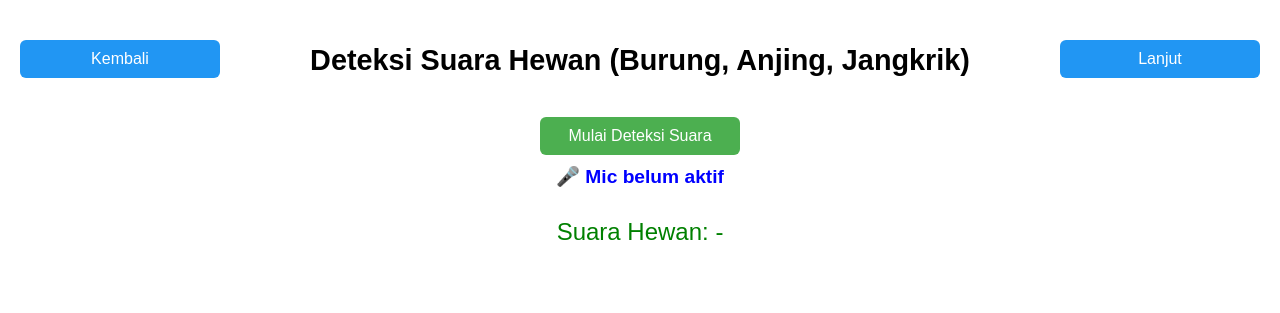
Repository: RalfyBawinto/working-teachable-machine
Page: audio-hewan.html
The author's editor kept a copy of each file at every save. The page is drawn from the files as they stood at one save, then again after the next save.
The browser window is 1280 px wide. The pictures show the whole page.

Above is the page before, as saved 2025-04-22 20:33:00.

### audio-hewan.html
<!DOCTYPE html>
<html lang="id">
  <head>
    <meta charset="UTF-8" />
    <meta name="viewport" content="width=device-width, initial-scale=1.0" />
    <title>Deteksi Suara Hewan</title>
    <link rel="stylesheet" href="styles.css" />
  </head>

  <body>
    <!-- Navigasi Tombol -->
    <div class="nav-buttons">
      <button
        id="back-button"
        class="nav-button"
        onclick="window.location.href='index.html'"
      >
        Kembali
      </button>
      <button
        id="next-button"
        class="nav-button"
        onclick="window.location.href='audio-hewan.html'"
      >
        Lanjut
      </button>
    </div>

    <h2>Deteksi Suara Hewan (Burung, Anjing, Jangkrik)</h2>
    <button onclick="aktifkanDeteksi()">Mulai Deteksi Suara</button>
    <div id="mic-status">🎤 Mic belum aktif</div>
    <div id="output">Suara Hewan: -</div>

    <!-- TensorFlow.js -->
    <script src="https://cdn.jsdelivr.net/npm/@tensorflow/tfjs@3.21.0/dist/tf.min.js"></script>
    <script src="https://cdn.jsdelivr.net/npm/@tensorflow-models/speech-commands@0.4.0/dist/speech-commands.min.js"></script>

    <script type="text/javascript">
      const URL = "https://teachablemachine.withgoogle.com/models/S6mA-uAt0/";
      let recognizer;

      async function createModel() {
        const checkpointURL = URL + "model.json";
        const metadataURL = URL + "metadata.json";

        recognizer = speechCommands.create(
          "BROWSER_FFT",
          undefined,
          checkpointURL,
          metadataURL
        );
        await recognizer.ensureModelLoaded();
      }

      async function aktifkanDeteksi() {
        try {
          const stream = await navigator.mediaDevices.getUserMedia({
            audio: true,
          });
          document.getElementById("mic-status").textContent =
            "🎤 Mic aktif - Dengarkan suara...";

          // Setelah mikrofon aktif, muat model suara
          await createModel();

          // Menampilkan label kategori suara
          const classLabels = recognizer.wordLabels();

          // Mulai mendeteksi suara
          recognizer.listen(
            (result) => {
              const scores = result.scores;

              // Temukan nilai tertinggi
              let maxScore = -1;
              let maxLabel = "";
              for (let i = 0; i < scores.length; i++) {
                if (scores[i] > maxScore) {
                  maxScore = scores[i];
                  maxLabel = classLabels[i];
                }
              }

              // Konversi skor tertinggi menjadi persentase
              const percentage = (maxScore * 100).toFixed(2);

              // Tampilkan hanya kategori dengan nilai tertinggi
              document.getElementById(
                "output"
              ).innerHTML = `Suara Hewan: ${maxLabel} (${percentage}%)`;
            },
            {
              includeSpectrogram: true,
              probabilityThreshold: 0.75,
              invokeCallbackOnNoiseAndUnknown: true,
              overlapFactor: 0.5,
            }
          );
        } catch (err) {
          console.error("Gagal mengakses mikrofon:", err);
          document.getElementById("mic-status").textContent =
            "Gagal mengakses mikrofon ❌";
        }
      }
    </script>
  </body>
</html>

### styles.css
/* ===== GLOBAL STYLES ===== */
body {
  font-family: Arial, sans-serif;
  text-align: center;
  padding: 20px;
  margin: 0;
}

h2 {
  font-size: 1.8rem;
  margin-bottom: 20px;
}

/* ===== DEFAULT BUTTON STYLE ===== */
button {
  margin-top: 20px;
  padding: 10px 20px;
  font-size: 16px;
  background-color: #4caf50;
  color: white;
  border: none;
  border-radius: 6px;
  cursor: pointer;
  width: 100%;
  max-width: 200px;
  transition: background-color 0.3s ease;
}

button:hover {
  background-color: #45a049;
}

/* ===== NAVIGATION BUTTONS (KEMBALI & LANJUT) ===== */
#back-button,
#next-button {
  position: absolute;
  top: 20px;
  padding: 10px 20px;
  font-size: 16px;
  border: none;
  border-radius: 6px;
  color: white;
  background-color: #2196f3;
  cursor: pointer;
  transition: background-color 0.3s ease;
}

#back-button {
  left: 20px;
}

#next-button {
  right: 20px;
}

#back-button:hover,
#next-button:hover {
  background-color: #0b7dda;
}

/* ===== SWITCH BUTTON (TOP-RIGHT CORNER) ===== */
#switch-button {
  background-color: #2196f3;
  color: white;
  position: absolute;
  top: 20px;
  right: 20px;
  padding: 10px 20px;
  font-size: 16px;
  border: none;
  border-radius: 6px;
  cursor: pointer;
  transition: background-color 0.3s ease;
}

/* Agar tidak bertabrakan dengan #next-button */
@media (min-width: 769px) {
  #switch-button {
    right: 150px;
  }
}

#switch-button:hover {
  background-color: #0b7dda;
}

/* ===== AUDIO-HEWAN STYLES ===== */
#audio-container {
  margin-top: 100px;
  display: flex;
  flex-direction: column;
  align-items: center;
}

#output {
  font-size: 1.5rem;
  margin-top: 30px;
  color: green;
}

#mic-status {
  margin-top: 10px;
  font-size: 1.2rem;
  color: blue;
  font-weight: bold;
}

/* ===== RESPONSIVENESS ===== */

/* Tablet (≤768px) */
@media (max-width: 768px) {
  h2 {
    font-size: 1.5rem;
  }

  #output {
    font-size: 1.3rem;
  }

  #mic-status {
    font-size: 1.1rem;
  }

  #back-button,
  #next-button,
  #switch-button {
    position: static;
    width: 100%;
    margin: 10px 0;
  }
}

/* Mobile (≤480px) */
@media (max-width: 480px) {
  h2 {
    font-size: 1.3rem;
  }

  button,
  #back-button,
  #next-button,
  #switch-button {
    font-size: 14px;
    padding: 10px 16px;
  }

  #output {
    font-size: 1.2rem;
  }

  #mic-status {
    font-size: 1rem;
  }
}

/* ===== VIDEO & CANVAS STYLES ===== */
#video {
  width: 100%;
  max-width: 500px;
  height: auto;
  border-radius: 10px;
  box-shadow: 0 4px 10px rgba(0, 0, 0, 0.2);
  margin: 0 auto;
}

#canvas {
  display: none;
}

.output {
  margin-top: 20px;
  font-size: 1.2rem;
  color: #333;
}

/* Container to center elements */
#video-container {
  margin-top: 40px;
  display: flex;
  flex-direction: column;
  align-items: center;
}

@media screen and (orientation: landscape) and (max-width: 768px) {
  #video {
    max-width: 100vw;
    height: auto;
  }
}

After the next save:
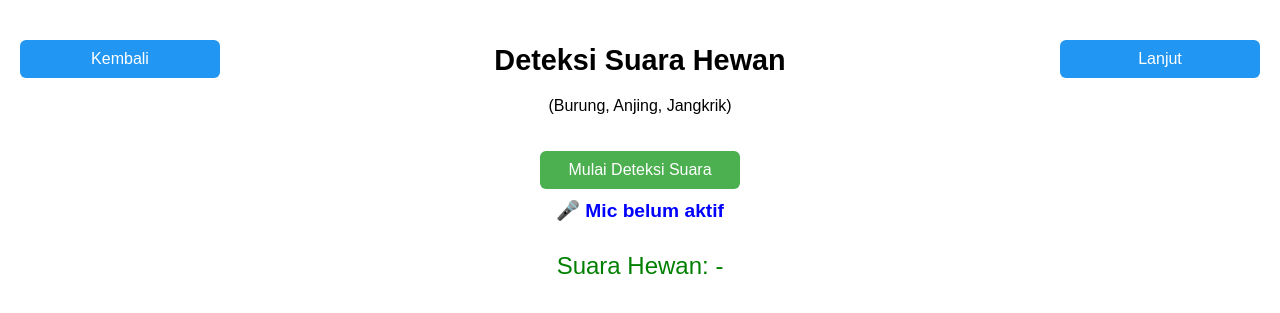
Saved 45 s later.
--- a/audio-hewan.html
+++ b/audio-hewan.html
@@ -26,7 +26,8 @@
       </button>
     </div>
 
-    <h2>Deteksi Suara Hewan (Burung, Anjing, Jangkrik)</h2>
+    <h2>Deteksi Suara Hewan</h2>
+    <p>(Burung, Anjing, Jangkrik)</p>
     <button onclick="aktifkanDeteksi()">Mulai Deteksi Suara</button>
     <div id="mic-status">🎤 Mic belum aktif</div>
     <div id="output">Suara Hewan: -</div>
